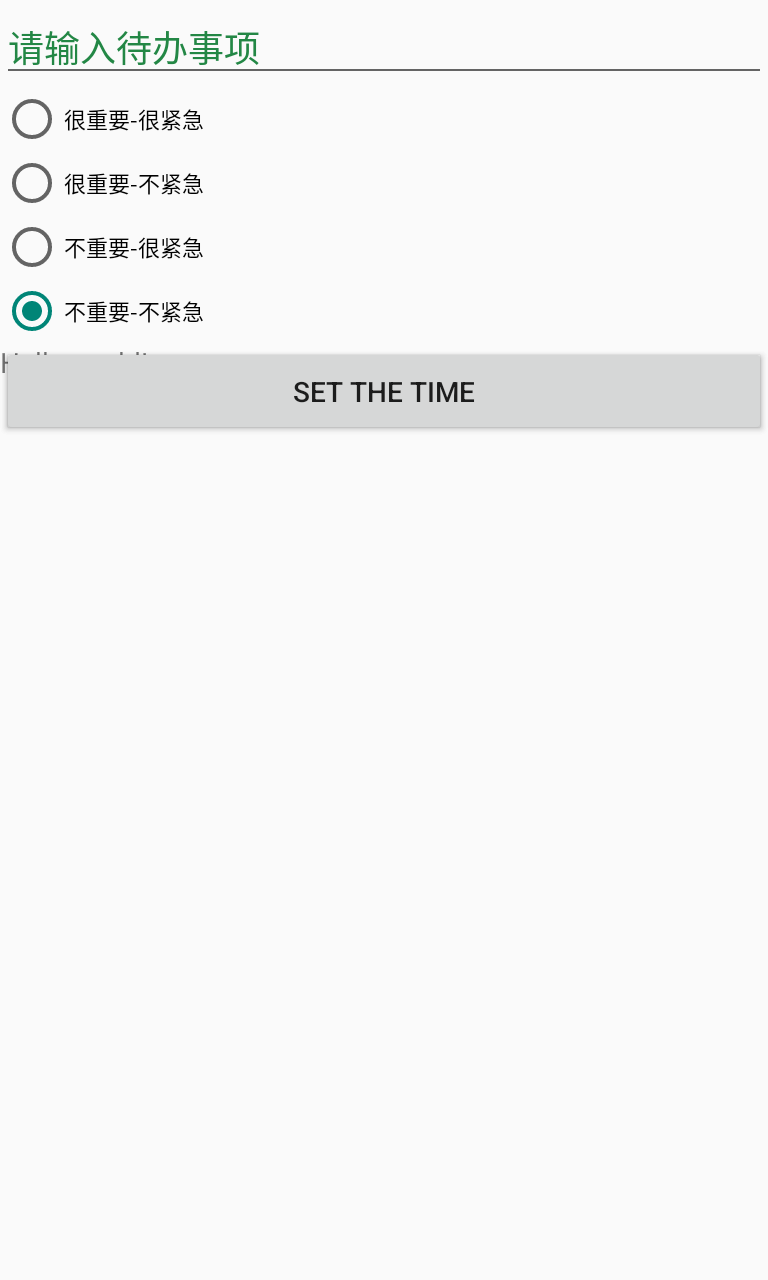
Repository: sh-zh-en/NBTodo
Layout: nbtodo/NBTodo/res/layout/addition_task_layout.xml
An editor plug-in stored every save of this project. The layout is shown before and after the next save, followed by the edit.
It is drawn on a 768 x 1280 px phone screen (xhdpi) without system bars, with theme AppTheme; the app's code is not run.

Above is the layout before, as saved 2015-02-12 12:00:35.

After the next save:
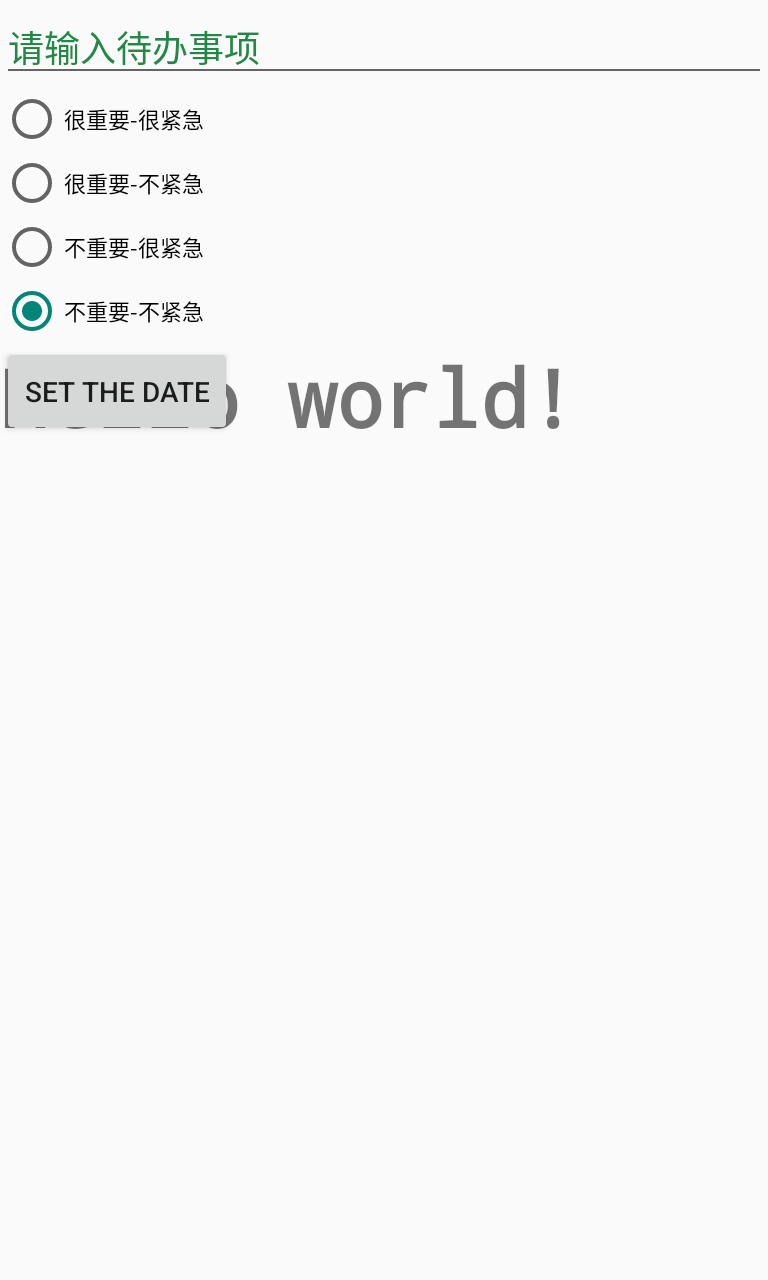
Saved 33 min 36 s later.
--- a/nbtodo/NBTodo/res/layout/addition_task_layout.xml
+++ b/nbtodo/NBTodo/res/layout/addition_task_layout.xml
@@ -65,34 +65,28 @@
     </RadioGroup>
 
     <FrameLayout
-	    android:layout_width="match_parent"
-	    android:layout_height="match_parent"
-	    android:layout_gravity="bottom"
-	    android:layout_weight="1"
-	    android:orientation="vertical" >
-
-	    <TextView
-			android:id="@+id/dateAndTime"
-			android:layout_width="fill_parent"
-		   	android:layout_height="wrap_content"
-		    android:text="@string/hello_world"
-		     />
+        android:layout_width="match_parent"
+        android:layout_height="match_parent"
+        android:layout_gravity="bottom"
+        android:orientation="vertical" >
 
 		<Button
 		    android:id="@+id/setDate"
+		    android:layout_width="wrap_content"
+		    android:layout_height="wrap_content"
+		    android:layout_weight="1"
+		    android:text="Set the Date" />
+
+		<TextView
+		    android:id="@+id/dateAndTime"
 		    android:layout_width="fill_parent"
 		    android:layout_height="wrap_content"
-	   		android:layout_weight="1"
-		    android:text="Set the Date" >
-
-		</Button>
-
-		<Button
-		    android:id="@+id/setTime"
-		    android:layout_width="fill_parent"
-		    android:layout_height="wrap_content"
-	   		android:layout_weight="1"
-		    android:text="Set the Time" />
+		    android:layout_werght="1"
+		    android:lines="1"
+		    android:text="@string/hello_world"
+		    android:textSize="40sp"
+		    android:textStyle="normal|bold"
+		    android:typeface="monospace" />
 
 	    </FrameLayout>
 
